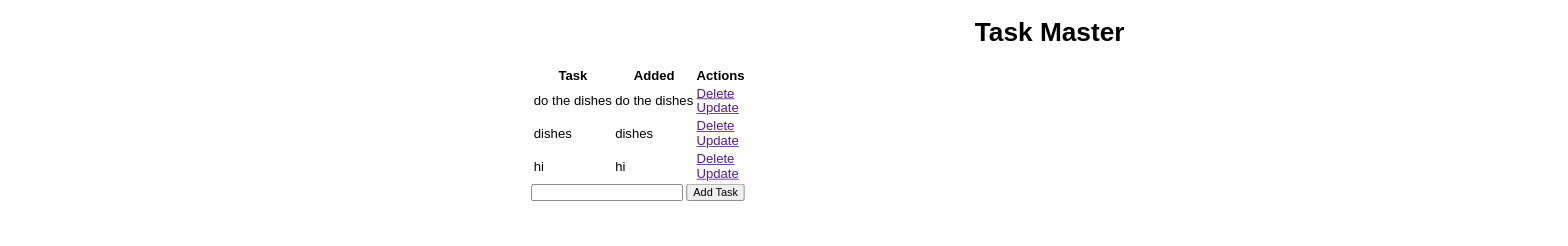
Repository: shaysnutss/FirstFlaskApp
Page: http://localhost/
The author's editor kept a copy of each file at every save. The page is drawn from the files as they stood at one save, then again after a run of saves.
The browser window is 1280 px wide. The page is 1912 px wide, so the pictures cover 1912 px, including what lies to the right of the window. The pictures show the whole page, at 82% of full size.
The page is served by the project's application, run on Flask 3 (app.py). The page reads the database file committed with the project.

Above is the page before, as saved 2022-08-25 01:57:11.

After the next 3 saves:
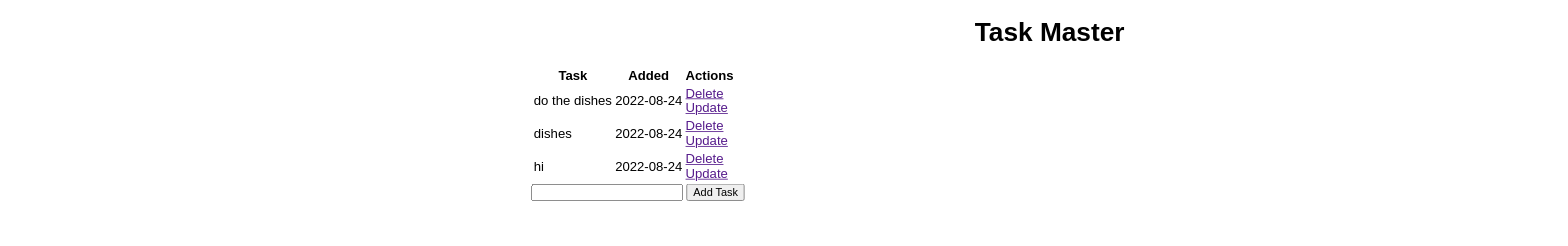
The 3 saves are shown as one change because 1 did not build or start and some came seconds apart.
The last was saved 13 s later.
--- a/templates/index.html
+++ b/templates/index.html
@@ -16,7 +16,7 @@
         {% for task in tasks %}
         <tr>
             <td>{{ task.content}}</td>
-            <td>{{ task.content }}</td>
+            <td>{{task.date_created.date()}}</td>
             <td>
                 <a href="">Delete</a>
                 <br>
